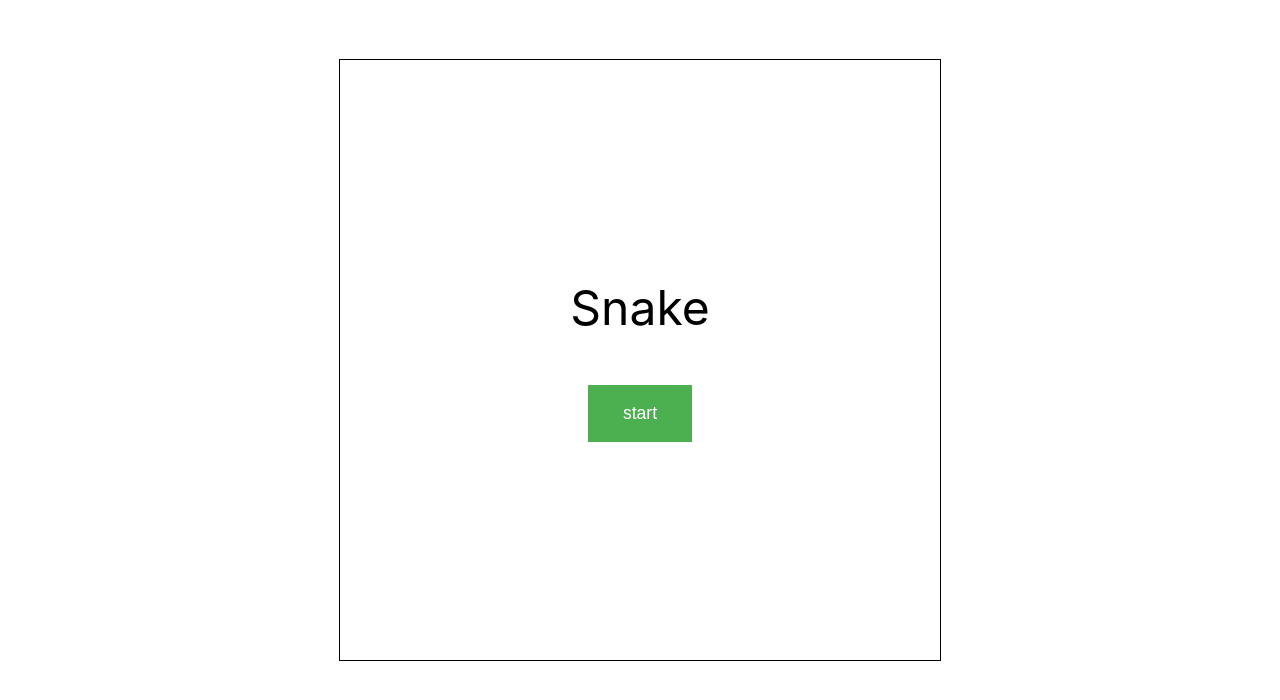
Repository: meills/react-snake
Page: /
An editor plug-in stored every save of this project. The page is shown before and after the next save, followed by the edit.
The browser window is 1280 px wide. The pictures show the whole page.
The project was rebuilt for these pictures with package versions that can differ from the ones it lists, and the page was loaded fresh each time. Also part of the build but not shown: src/components/Snakeboard.js, src/styles/App.css.

Above is the page before, as saved 2020-06-15 17:57:22.

After the next save:
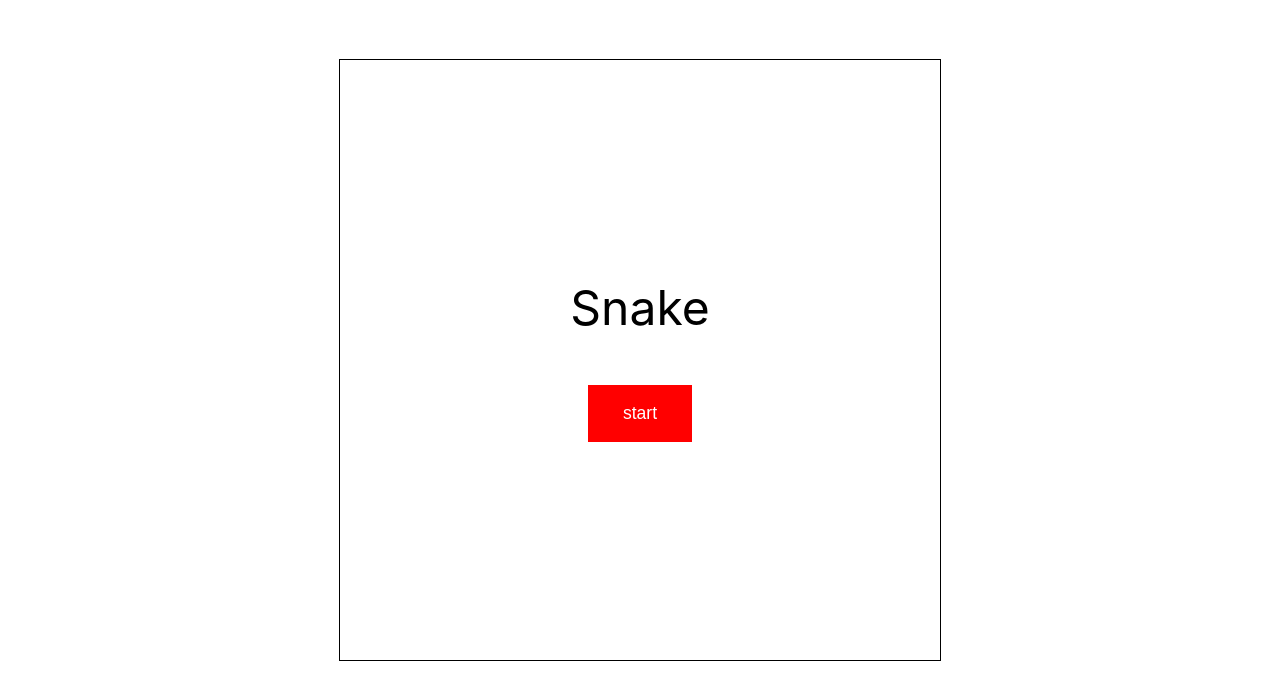
Saved 11 s later.
--- a/src/styles/snakeboard.css
+++ b/src/styles/snakeboard.css
@@ -24,7 +24,7 @@
 }
 
 button {
-    background-color: #4CAF50; /* Green */
+    background-color:red; /* Green */
     border: none;
     color: white;
     padding: 1em 2em;
